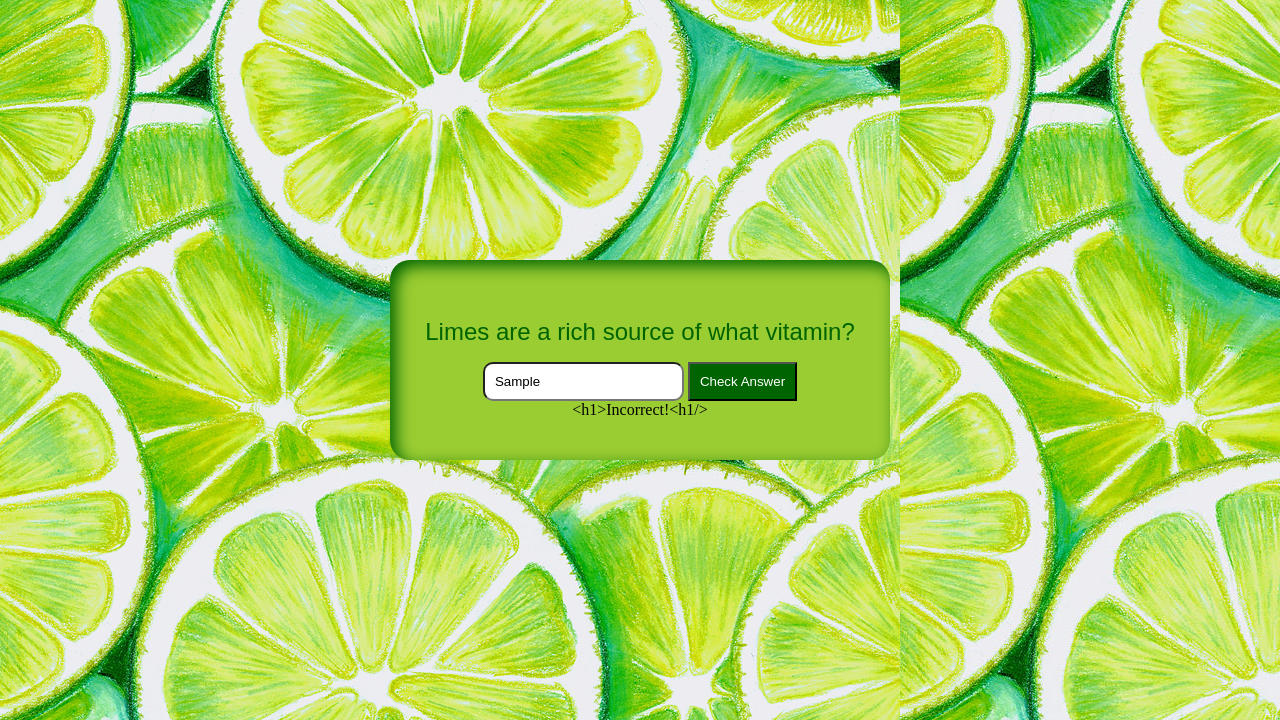
Repository: Joseph061200/Dynamic_Lab2
Page: joseph.html
The author's editor kept a copy of each file at every save. The page is drawn from the files as they stood at one save, then again after the next save.
The browser window is 1280 px wide. The pictures show the whole page.
Empty fields were first filled with sample values (such as "Sample", 5 or name@example.com).
After loading, the first visible `button` was clicked once.

Above is the page before, as saved 2020-02-20 14:52:30.

After the next save:
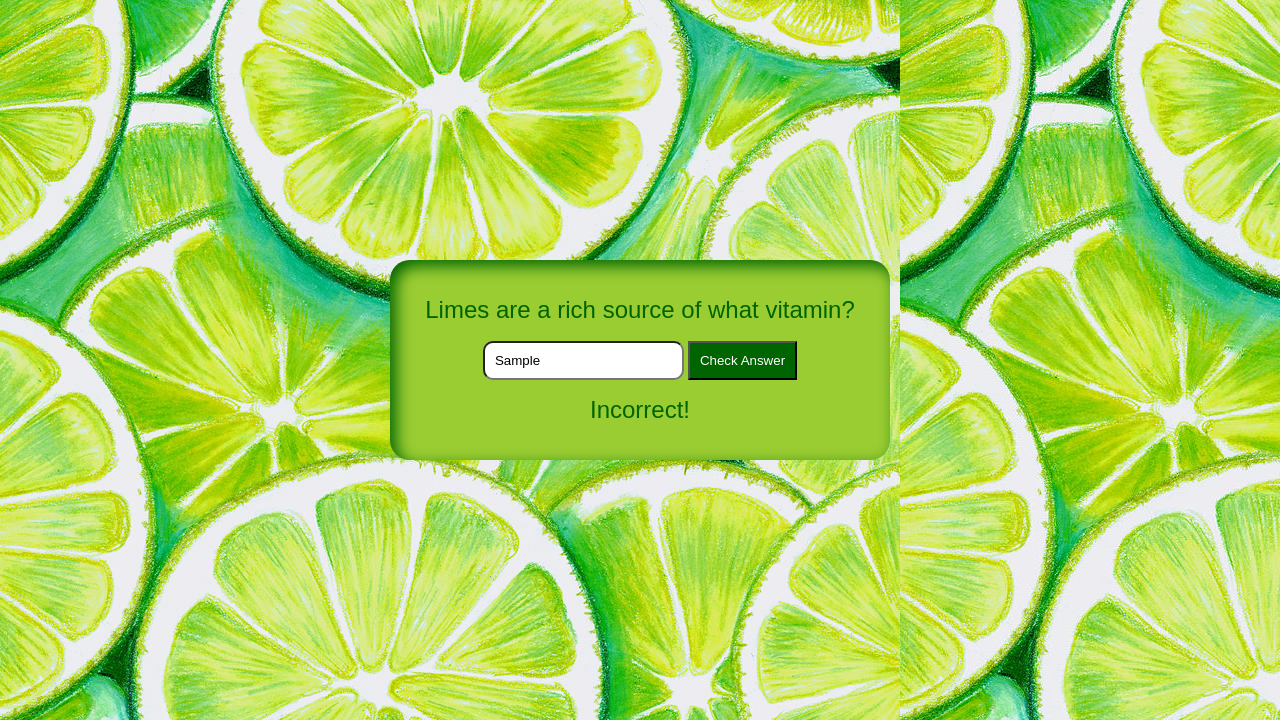
Saved 26 s later.
--- a/joseph.js
+++ b/joseph.js
@@ -1,4 +1,4 @@
-var answer = ("C"||"c");
+var answer = "C"||"c";
 function CheckAnswer(){
     var myInput = document.querySelector("#answer").value;
     console.log(myInput);
@@ -10,6 +10,6 @@ function CheckAnswer(){
         answer = "China"||"china";
     }else {
         // alert("wrong");
-        document.querySelector("#h_r").innerText = "<h1>Incorrect!<h1/>"
+        document.querySelector("#h_r").innerHTML = "<h1>Incorrect!<h1/>"
     }
 }
